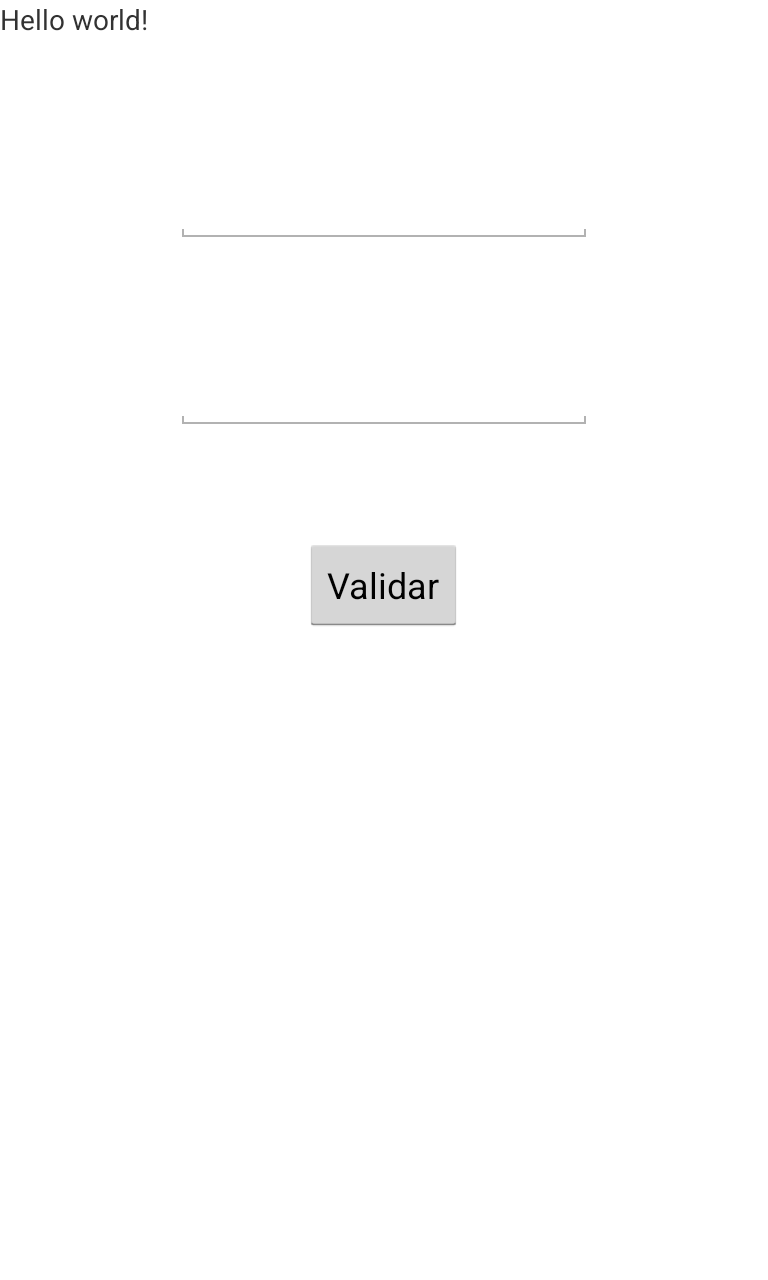
Repository: brownie-gt/SOA
Layout: Android/Validator/res/layout/activity_main.xml
The author's editor kept a copy of each file at every save. The layout is drawn from the files as they stood at one save, then again after the next save.
It is drawn on a 768 x 1280 px phone screen (xhdpi) without system bars, with theme AppTheme; the app's code is not run.

Above is the layout before, as saved 2014-05-18 13:22:23.

After the next save:
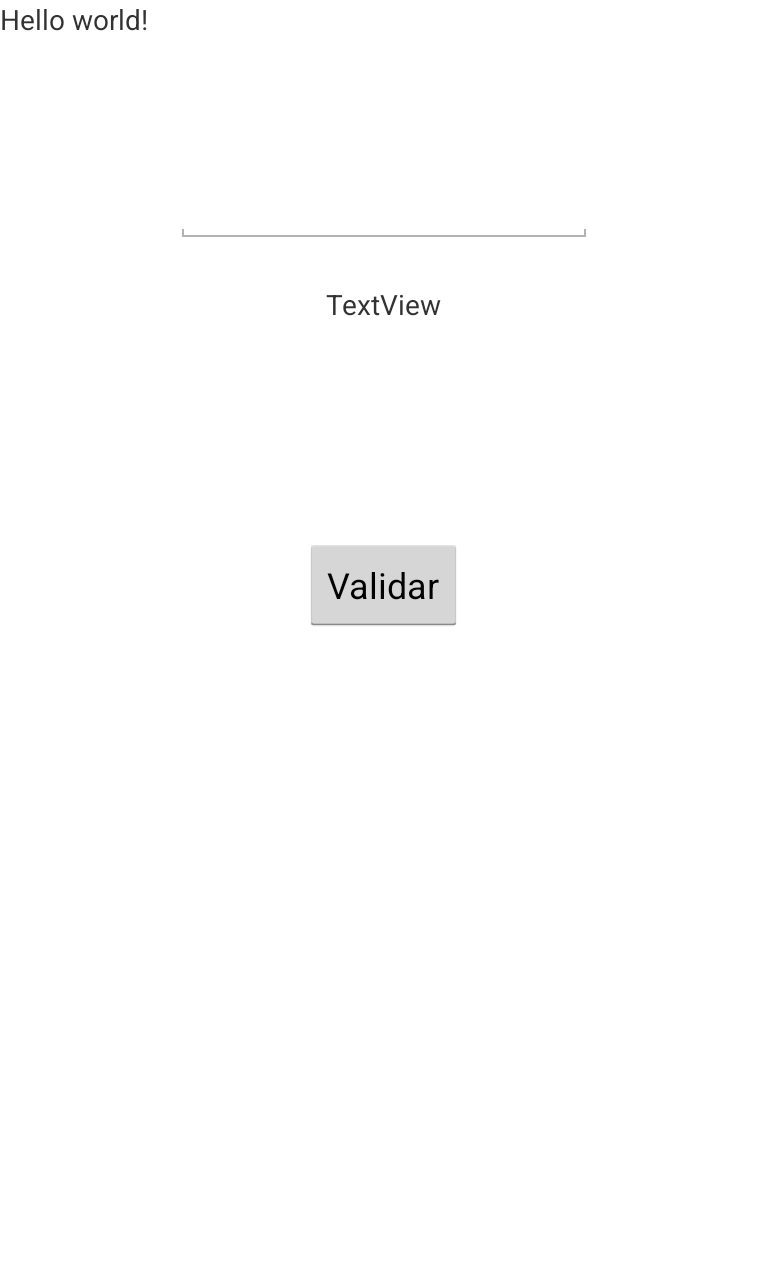
Saved 11 min 7 s later.
--- a/Android/Validator/res/layout/activity_main.xml
+++ b/Android/Validator/res/layout/activity_main.xml
@@ -31,14 +31,13 @@
         android:layout_marginTop="146dp"
         android:text="Validar" />
 
-    <EditText
-        android:id="@+id/name"
+    <TextView
+        android:id="@+id/textValidEmail"
         android:layout_width="wrap_content"
         android:layout_height="wrap_content"
-        android:layout_alignLeft="@+id/emailText"
         android:layout_below="@+id/emailText"
-        android:layout_marginTop="54dp"
-        android:ems="10"
-        android:inputType="text" />
+        android:layout_centerHorizontal="true"
+        android:layout_marginTop="20dp"
+        android:text="TextView" />
 
 </RelativeLayout>
